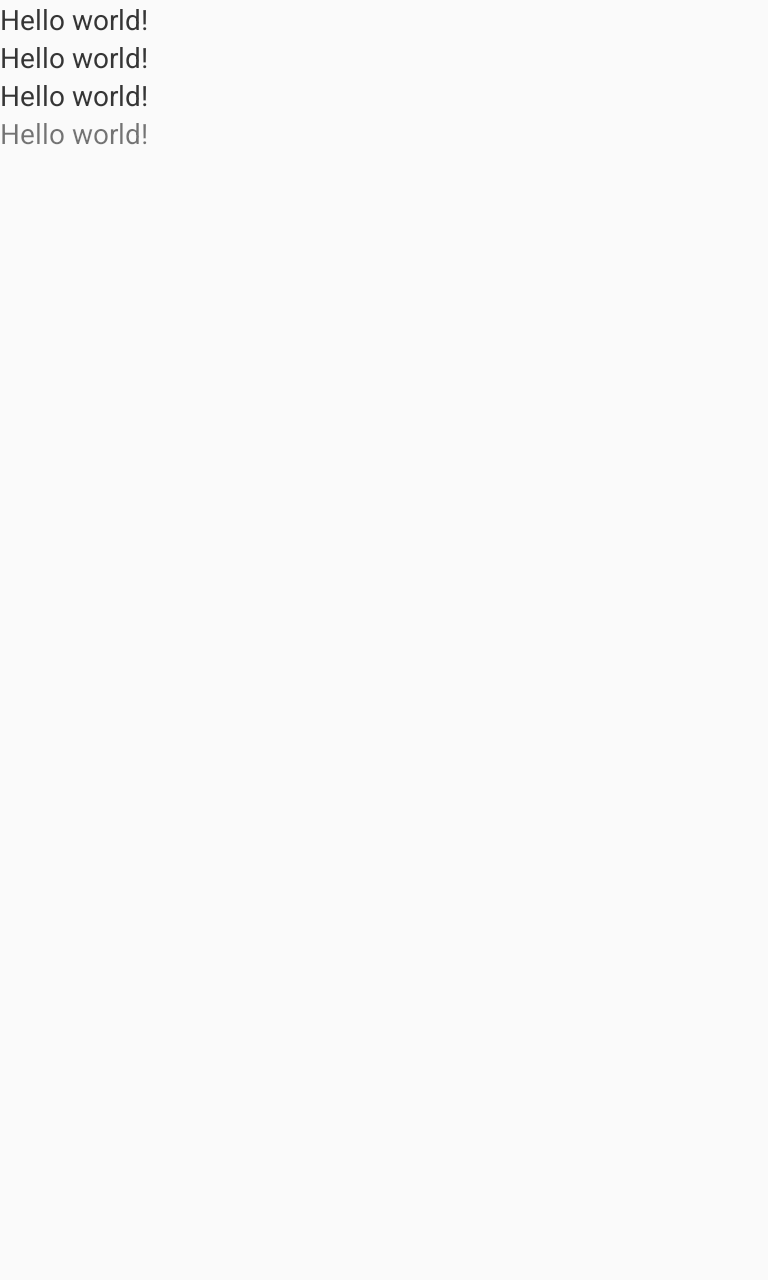
Repository: deyan-yosifov/Android
Layout: Workspace/BouncingBallGame/res/layout/activity_accelerometer_monitor.xml
An editor plug-in stored every save of this project. The layout is shown before and after the next save, followed by the edit.
It is drawn on a 768 x 1280 px phone screen (xhdpi) without system bars, with theme AppTheme; the app's code is not run.

Above is the layout before, as saved 2015-01-03 15:50:08.

### Workspace/BouncingBallGame/res/layout/activity_accelerometer_monitor.xml
<RelativeLayout xmlns:android="http://schemas.android.com/apk/res/android"
    xmlns:tools="http://schemas.android.com/tools"
    android:layout_width="match_parent"
    android:layout_height="match_parent"
    tools:context="${relativePackage}.${activityClass}" >

	<LinearLayout
	    android:layout_width="wrap_content"
        android:layout_height="wrap_content"
        android:orientation="vertical"
        android:id="@+id/acceleromatorValues"
	    >
	    <TextView
	        android:layout_width="wrap_content"
	        android:layout_height="wrap_content"
	        android:id="@+id/accelerometer_x_coordinate_textView"
	        android:text="@string/hello_world" />

	    <TextView
	        android:layout_width="wrap_content"
	        android:layout_height="wrap_content"
	        android:id="@+id/accelerometer_y_coordinate_textView"
	        android:text="@string/hello_world" />

	    <TextView
	        android:layout_width="wrap_content"
	        android:layout_height="wrap_content"
	        android:id="@+id/accelerometer_z_coordinate_textView"
	        android:text="@string/hello_world" />
	</LinearLayout>

	<LinearLayout
	    android:layout_width="wrap_content"
        android:layout_height="wrap_content"
        android:orientation="vertical"
        android:id="@+id/gravityValues"
	    >
		<TextView
	        android:layout_width="wrap_content"
	        android:layout_height="wrap_content"
	        android:id="@+id/gravity_x_coordinate_textView"
	        android:text="@string/hello_world" />

	    <TextView
	        android:layout_width="wrap_content"
	        android:layout_height="wrap_content"
	        android:id="@+id/gravity_y_coordinate_textView"
	        android:text="@string/hello_world" />

	    <TextView
	        android:layout_width="wrap_content"
	        android:layout_height="wrap_content"
	        android:id="@+id/gravity_z_coordinate_textView"
	        android:text="@string/hello_world" />

	    <TextView
	        android:layout_width="wrap_content"
	        android:layout_height="wrap_content"
	        android:id="@+id/gravity_length_coordinate_textView"
	        android:text="@string/hello_world" />
	</LinearLayout>

</RelativeLayout>

### Workspace/BouncingBallGame/res/values/styles.xml
<resources xmlns:android="http://schemas.android.com/apk/res/android">

    <!--
        Base application theme, dependent on API level. This theme is replaced
        by AppBaseTheme from res/values-vXX/styles.xml on newer devices.
    -->
    <style name="FallingRocksFonts" parent="@android:style/TextAppearance.Medium">
        <item name="android:layout_width">wrap_content</item>
        <item name="android:layout_height">wrap_content</item>
        <item name="android:textColor">#FF0000</item>
        <item name="android:background">#00FF00</item>
        <item name="android:padding">10dp</item>
        <item name="android:layout_centerHorizontal">true</item>
    </style>

    <style name="FallingRocksButtons" parent="@android:attr/buttonStyleSmall">
        <item name="android:layout_width">wrap_content</item>
        <item name="android:layout_height">wrap_content</item>
        <item name="android:padding">10dp</item>
        <item name="android:layout_centerHorizontal">true</item>
    </style>

    <style name="AppBaseTheme" parent="Theme.AppCompat.Light">
        <!--
            Theme customizations available in newer API levels can go in
            res/values-vXX/styles.xml, while customizations related to
            backward-compatibility can go here.
        -->

    </style>

    <!-- Application theme. -->
    <style name="AppTheme" parent="AppBaseTheme">
        <!-- All customizations that are NOT specific to a particular API-level can go here. -->
    </style>

</resources>

### Workspace/BouncingBallGame/res/values/strings.xml
<?xml version="1.0" encoding="utf-8"?>
<resources>

    <string name="app_name">Falling Rocks</string>
    <string name="hello_world">Hello world!</string>
    <string name="welcome_header">Welcome to Falling Rocks game!</string>
    <string name="button_play_game">Play the game!</string>
    <string name="action_settings">Settings</string>
    <string name="title_activity_single_player_game">Play game!</string>

</resources>

Loaded but not shown: Workspace/BouncingBallGame/res/values-v11/styles.xml (common file); Workspace/BouncingBallGame/res/values-v14/styles.xml (common file)

After the next save:
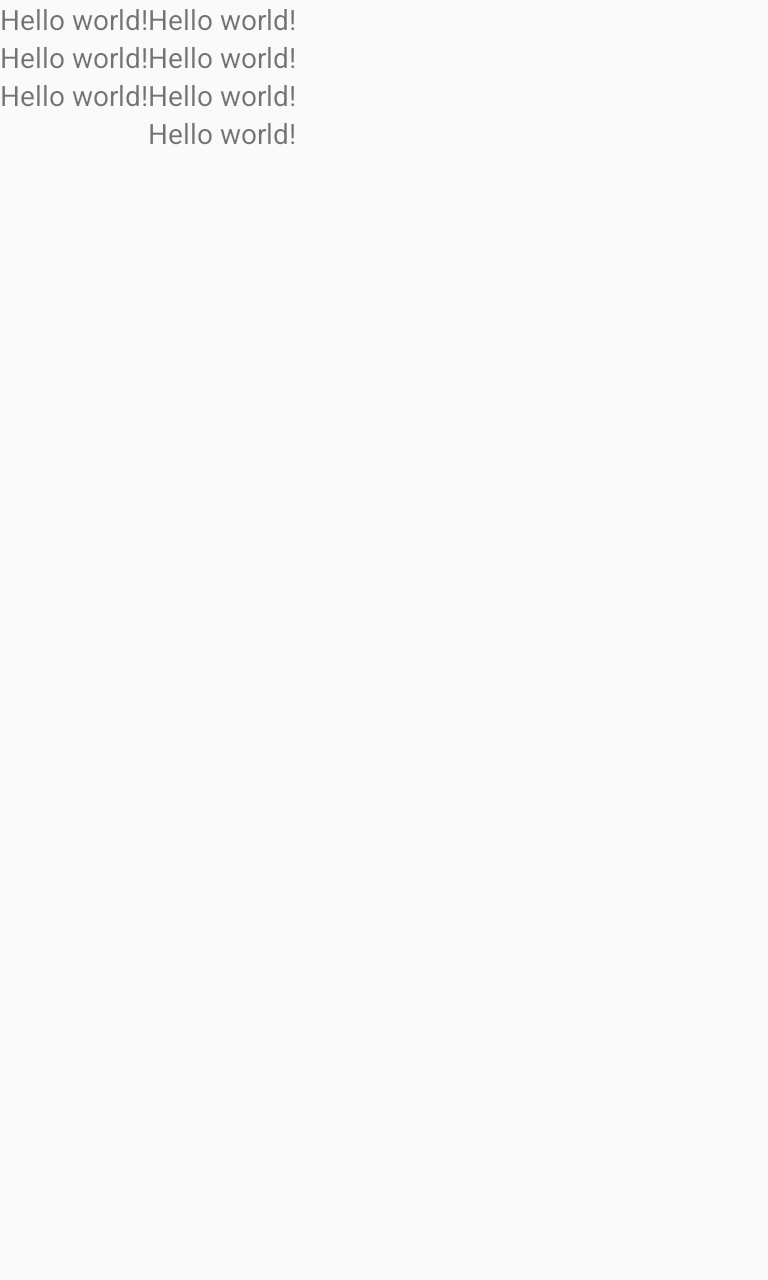
Saved 2 min 0 s later.
--- a/Workspace/BouncingBallGame/res/layout/activity_accelerometer_monitor.xml
+++ b/Workspace/BouncingBallGame/res/layout/activity_accelerometer_monitor.xml
@@ -34,6 +34,7 @@
         android:layout_height="wrap_content"
         android:orientation="vertical"
         android:id="@+id/gravityValues"
+        android:layout_toRightOf="@id/acceleromatorValues"
 	    >
 		<TextView
 	        android:layout_width="wrap_content"
